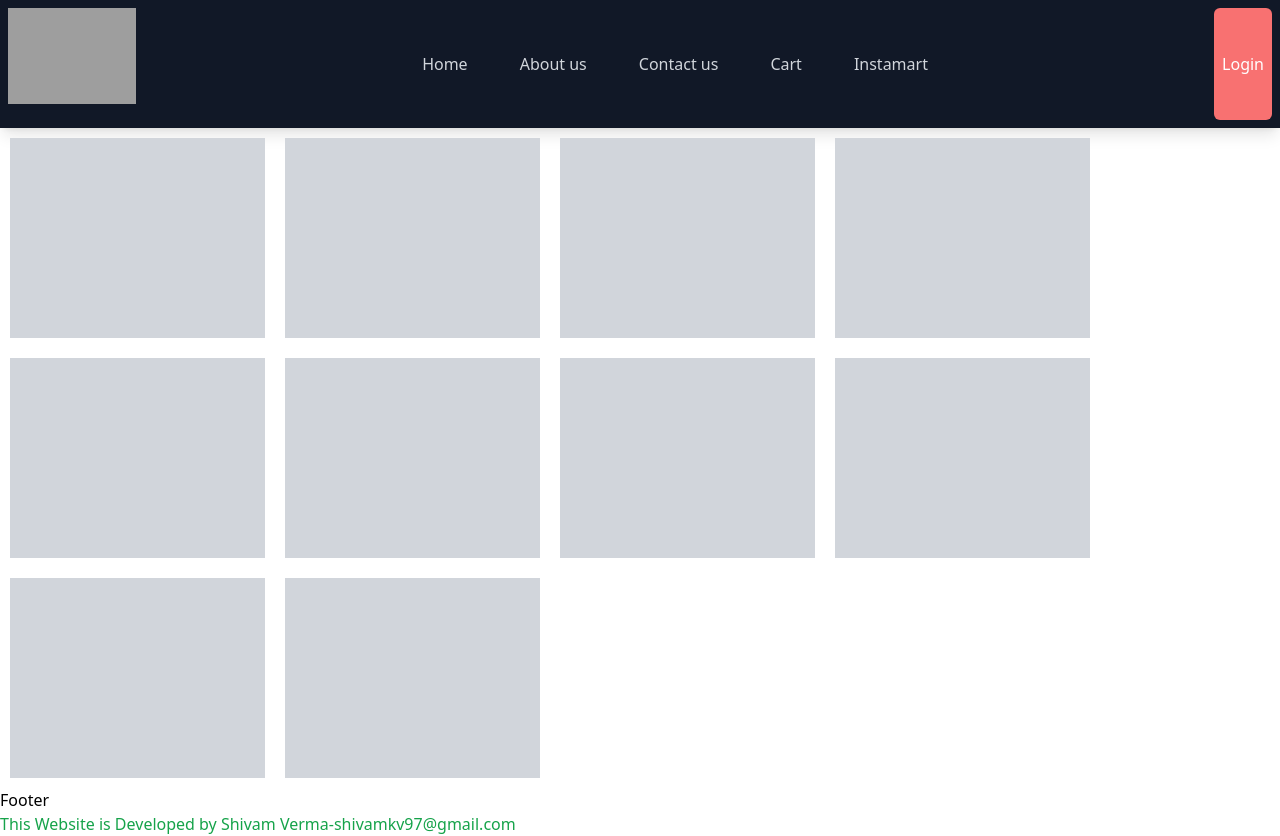
Repository: shivamv97/FOOD-VILLA-APP
Page: /
These files come from the project's save history. The page is drawn as it stood at one moment and after the next save; the edit follows.
The browser window is 1280 px wide. The pictures show the whole page.
Pictures or frames that could not be fetched are drawn as grey boxes. The page's requests for data from a server got no answer. The project was rebuilt for these pictures with package versions that can differ from the ones it lists, and the page was loaded fresh each time. No one was signed in, and anything a server would have sent is missing. Also part of the build but not shown: src/components/RestaurantCards.js, src/components/Profile.js, src/components/ProfileClass.js, src/components/About.js, src/components/Error.js, src/components/ContactUs.js, src/utils/useRestaurant.js, src/components/RestaurantMenu.js.

Above is the page before, as saved 2024-09-30 01:14:35.

### index.html
<!DOCTYPE html>
<html lang="en" class="m-0 p-0">
  <head>
    <meta charset="UTF-8" />
    <meta name="viewport" content="width=device-width, initial-scale=1.0" />
    <title>Learning REACT</title>
    <link rel="stylesheet" href="style.css" />
    <!-- <script src="https://cdn.tailwindcss.com"></script> -->
  </head>
  <body>
    <div id="root">Not Rendered</div>
    <!-- <script
      crossorigin
      src="https://unpkg.com/react@18/umd/react.development.js"
    ></script>
    <script
      crossorigin
      src="https://unpkg.com/react-dom@18/umd/react-dom.development.js"
    ></script> -->
    <script type="module" src="src/App.js"></script>
  </body>
</html>

### src/App.js
import React, { lazy, Suspense, useState } from "react";
import ReactDOM from "react-dom/client";
import HeaderComponent from "./components/Title";
import Body from "./components/Body";
import Footer from "./components/Footer";
import About from "./components/About";
import Error from "./components/Error";
import Contact from "./components/ContactUs";
import RestaurantMenu from "./components/RestaurantMenu";
import Profile from "./components/Profile";
import { createBrowserRouter, RouterProvider, Outlet } from "react-router-dom";
import Shimmer from "./components/Shimmer";
import UserContext from "./utils/UserContext";

// import Instamart from "./components/Instamart";

const Instamart = lazy(() => import("./components/Instamart")); //Lazy Loading
//Return Promise

const AppLayout = () => {
  const [user, SetUser] = useState({
    name: "Shivam Verma",
    email: "shivamkv97@gmail.com",
  });
  return (
    <>
      <UserContext.Provider
        value={{
          user: user, //overrides the default value of user
          SetUser: SetUser,
        }}
      >
        <HeaderComponent />
        <Outlet />
        <Footer />
      </UserContext.Provider>
    </>
  );
};

const appRouter = createBrowserRouter([
  {
    path: "/",
    element: <AppLayout />,
    errorElement: <Error />,
    children: [
      //Nested Routing
      {
        path: "/",
        element: <Body />,
      },
      {
        path: "/About", //parentPath/{path} => localhost:1234/about/profile
        element: <About />,
        children: [
          {
            path: "profile", //parentPath/{path} => localhost:1234/about/profile
            element: <Profile />,
          },
        ],
      },
      {
        path: "/Contact",
        element: <Contact />,
      },
      {
        path: "/Restaurant/:restaurantId", //Dynamic Routing
        element: <RestaurantMenu />,
      },
      {
        path: "/Instamart",
        element: (
          <Suspense fallback={<Shimmer />}>
            <Instamart />
          </Suspense>
        ),
      },
    ],
  },
]);

const root = ReactDOM.createRoot(document.getElementById("root"));

root.render(<RouterProvider router={appRouter} />);
//root will render according to the AppRouter

### src/components/Title.js
import { useState, useContext } from "react";
import { Link } from "react-router-dom";
import UserContext from "../utils/UserContext";
import useOnline from "../utils/useOnline";

const LoggedInUser = () => {
  //API used for authentication
  return true;
};

const Title = () => (
  <a href="/ ">
    <img
      className="h-28 p-2"
      alt="logo"
      src="https://encrypted-tbn0.gstatic.com/images?q=tbn:ANd9GcTJtFXKFKFoihdrJEvX4jBtXqfcO2kJ0KAlIg&s"
    />
  </a>
);

const HeaderComponent = () => {
  const [isLoggedIn, setisLoggedIn] = useState(false);

  const isOnline = useOnline();

  const { user } = useContext(UserContext);
  return (
    <div className="flex justify-between bg-gray-900 shadow-lg">
      <Title />
      <div className="nav-items">
        <ul className="flex py-10 gap-9 px-2">
          <li className="rounded-md py-3 px-2 font-medium text-gray-300 hover:bg-gray-500 hover:text-white">
            <Link to="/">Home </Link>
          </li>
          <li className="rounded-md py-3 px-2 font-medium text-gray-300 hover:bg-gray-500 hover:text-white">
            <Link to="/About">About us</Link>
          </li>
          <li className="rounded-md py-3 px-2 font-medium text-gray-300 hover:bg-gray-500 hover:text-white">
            <Link to="/Contact">Contact us</Link>
          </li>
          <li className="rounded-md py-3 px-2 font-medium text-gray-300 hover:bg-gray-500 hover:text-white">
            <Link to="#">Cart</Link>
          </li>
          <li className="rounded-md py-3 px-2 font-medium text-gray-300 hover:bg-gray-500 hover:text-white">
            <Link to="/Instamart">Instamart</Link>
          </li>
        </ul>
      </div>
      {/* <h1 className="text-white">{isOnline ? "🟢" : "No"}</h1> */}
      {/* <h2 className="text-white">{user.name}</h2> */}
      {isLoggedIn ? (
        <button
          onClick={() => setisLoggedIn(false)}
          className="bg-red-400 text-white rounded-md m-2 p-2"
        >
          Logout
        </button>
      ) : (
        <button
          onClick={() => setisLoggedIn(true)}
          className="bg-red-400 text-white rounded-md m-2 p-2"
        >
          Login
        </button>
      )}
    </div>
  );
};

export default HeaderComponent;

### src/components/Body.js
import { restaurantlist, restaurant_data } from "../config";
import RestrauntCard from "./RestaurantCards";
import { useState, useEffect, useContext } from "react";
import Shimmer from "./Shimmer";
import { Link } from "react-router-dom";
import { filterdata } from "../utils/shares";
import useOnline from "../utils/useOnline";
import UserContext from "../utils/UserContext";

const Body = () => {
  // const searchTxt = "KFC"; //for reference...(IN JS)
  const [AllRestaurants, setAllRestaurants] = useState([]);
  const [FilteredRestaurants, setFilteredRestaurants] = useState([]); //restaurantlist
  const [searchText, setsearchText] = useState(""); //To create state variable.......(IN REACT)
  // console.log("render()");

  useEffect(() => {
    //API call
    GetRestaurants();
  }, []);

  const { user, SetUser } = useContext(UserContext);

  async function GetRestaurants() {
    const data = await fetch(restaurant_data);
    const json = await data.json();
    console.log(json);
    //you have to make change only in line 32,in cards[i],where i is keep changing in the above api link,try from 0-11
    //it's an config-driven UI,Hence,it's Grid Element position keeps on changing.......
    setAllRestaurants(
      json?.data?.cards[1]?.card?.card?.gridElements?.infoWithStyle?.restaurants
    );
    setFilteredRestaurants(
      json?.data?.cards[1]?.card?.card?.gridElements?.infoWithStyle?.restaurants
    );
  }
  const isOnline = useOnline();

  if (!isOnline) {
    return <h1>🚫Offline,please check your internet Connection!!</h1>; //early return
  }

  //Don't render component(Early Return)
  // if (!AllRestaurants) return null;
  // if (FilteredRestaurants?.length === 0) return <h1>No Restaurants Found!</h1>;

  //Conditional rendering
  return AllRestaurants?.length == 0 ? (
    <Shimmer />
  ) : (
    <>
      <div className="p-5 bg-green-50 my-5">
        <input
          type="text"
          className="search-input"
          placeholder="Search"
          value={searchText}
          onChange={(e) => {
            setsearchText(e.target.value);
          }}
        />
        <button
          className="p-2 m-2 bg-purple-600 text-white rounded-md hover:bg-green-400"
          onClick={() => {
            //filter the data according to need
            const data = filterdata(searchText, AllRestaurants);
            setFilteredRestaurants(data);
            //need to update the state-restauradnts
          }}
        >
          Search
        </button>
        <input
          value={user.name}
          onChange={(e) => {
            SetUser({
              ...user,
              name: e.target.value,
            });
          }}
        ></input>
        <input
          value={user.email}
          onChange={(e) => {
            SetUser({
              ...user,
              email: e.target.value,
            });
          }}
        ></input>
      </div>
      <div className="flex flex-wrap">
        {FilteredRestaurants.map((restaurant) => {
          return (
            <Link
              to={"/restaurant/" + restaurant.info.id}
              key={restaurant.info.id}
            >
              <RestrauntCard {...restaurant.info} />
            </Link>
          );
        })}
      </div>
    </>
  );
};

export default Body;

### src/components/Footer.js
import { useContext } from "react";
import UserContext from "../utils/UserContext";
const Footer = () => {
  const { user } = useContext(UserContext);
  return (
    <div>
      <h2>Footer</h2>
      <h3 className="text-green-600">
        This Website is Developed by {user.name}-{user.email}
      </h3>
    </div>
  );
};

export default Footer;

### src/components/Shimmer.js
const Shimmer = () => {
  return (
    <div className="flex flex-wrap">
      {Array(10)
        .fill("")
        .map((e, index) => (
          <div
            key={index}
            className="w-[255px] h-[200px] bg-gray-300 m-[10px] p-[10px]"
          ></div>
        ))}
    </div>
  );
};

export default Shimmer;

### src/utils/UserContext.js
import { createContext } from "react";

const UserContext = createContext({
  user: {
    name: "Dummy Name",
    email: "Dummy@gmail.com",
  },
});

UserContext.displayName = "UserContext";

export default UserContext;

### src/utils/useOnline.js
import { useEffect, useState } from "react";

const useOnline = () => {
  const [isOnline, setIsOnline] = useState(true);

  useEffect(() => {
    const handleonline = () => {
      setIsOnline(true);
    };
    const handleoffline = () => {
      setIsOnline(false);
    };
    window.addEventListener("online", handleonline); //junior+senior developer role
    window.addEventListener("offline", handleoffline);

    return () => {
      window.removeEventListener("online", handleonline); //senior developer role
      window.removeEventListener("offline", handleoffline);
    };
  }, []);

  return isOnline; //returns true or false
};

export default useOnline;

### src/config.js
//PUT MY all Hard Coded File Here
export const Img_cdn_url =
  "https://media-assets.swiggy.com/swiggy/image/upload/fl_lossy,f_auto,q_auto,h_600/";

export const restaurant_data =
  "https://www.swiggy.com/dapi/restaurants/list/v5?lat=12.960059122809971&lng=77.57337538383284&is-seo-homepage-enabled=true&page_type=DESKTOP_WEB_LISTING";

export const restaurantMenu_data_url =
  "https://www.swiggy.com/dapi/menu/pl?page-type=REGULAR_MENU&complete-menu=true&lat=12.960059122809971&lng=77.57337538383284&restaurantId=";

//Config Driven UI
export const restaurantlist = [
  //public API of Swiggy
  {
    "@type": "type.googleapis.com/swiggy.presentation.food.v2.Restaurant",
    info: {
      id: "8561",
      name: "Mughlai Junction",
      cloudinaryImageId: "tnl2yuuxi8zjbgru6iqj",
      locality: "Connaught Place",
      areaName: "Connaught Place",
      costForTwo: "₹600 for two",
      cuisines: ["Mughlai", "North Indian", "Tandoor"],
      avgRating: 4.3,
      parentId: "5354",
      avgRatingString: "4.3",
      totalRatingsString: "10K+",
      promoted: true,
      adTrackingId:
        "cid=15007607~p=0~adgrpid=15007607#ag1~mp=SWIGGY_IN~bl=FOOD~aet=RESTAURANT~aeid=8561~eid=321f01bc-98c6-405c-89d6-b18422bb8f70~srvts=1721229990431~collid=83639",
      sla: {
        deliveryTime: 37,
        lastMileTravel: 4.8,
        serviceability: "SERVICEABLE",
        slaString: "35-40 mins",
        lastMileTravelString: "4.8 km",
        iconType: "ICON_TYPE_EMPTY",
      },
      availability: {
        nextCloseTime: "2024-07-17 23:00:00",
        opened: true,
      },
      badges: {},
      isOpen: true,
      type: "F",
      badgesV2: {
        entityBadges: {
          textExtendedBadges: {},
          textBased: {},
          imageBased: {},
        },
      },
      aggregatedDiscountInfoV3: {
        header: "10% OFF",
        subHeader: "UPTO ₹35",
      },
      orderabilityCommunication: {
        title: {},
        subTitle: {},
        message: {},
        customIcon: {},
      },
      differentiatedUi: {
        displayType: "ADS_UI_DISPLAY_TYPE_ENUM_DEFAULT",
        differentiatedUiMediaDetails: {
          mediaType: "ADS_MEDIA_ENUM_IMAGE",
          lottie: {},
          video: {},
        },
      },
      reviewsSummary: {},
      displayType: "RESTAURANT_DISPLAY_TYPE_DEFAULT",
      restaurantOfferPresentationInfo: {},
      externalRatings: {
        aggregatedRating: {
          rating: "4.4",
          ratingCount: "1K+",
        },
        source: "GOOGLE",
        sourceIconImageId: "v1704440323/google_ratings/rating_google_tag",
      },
      ratingsDisplayPreference: "RATINGS_DISPLAY_PREFERENCE_SHOW_SWIGGY",
    },
    analytics: {},
    cta: {
      link: "swiggy://menu?restaurant_id=8561&source=collection&query=Biryani",
      text: "RESTAURANT_MENU",
      type: "DEEPLINK",
    },
    widgetId: "collectionV5RestaurantListWidget_SimRestoRelevance_food",
  },

  {
    "@type": "type.googleapis.com/swiggy.presentation.food.v2.Restaurant",
    info: {
      id: "817359",
      name: "Zahra Restaurant & Cafe",
      cloudinaryImageId: "asaqtuuszx7hzmxpnfpo",
      locality: "Old Delhi",
      areaName: "Old Delhi",
      costForTwo: "₹300 for two",
      cuisines: ["Indian", "Tandoor", "Kebabs", "Snacks", "Biryani"],
      avgRating: 4.3,
      parentId: "229129",
      avgRatingString: "4.3",
      totalRatingsString: "100+",
      sla: {
        deliveryTime: 29,
        lastMileTravel: 1.3,
        serviceability: "SERVICEABLE",
        slaString: "25-30 mins",
        lastMileTravelString: "1.3 km",
        iconType: "ICON_TYPE_EMPTY",
      },
      availability: {
        nextCloseTime: "2024-07-17 22:59:00",
        opened: true,
      },
      badges: {},
      isOpen: true,
      type: "F",
      badgesV2: {
        entityBadges: {
          textExtendedBadges: {},
          textBased: {},
          imageBased: {},
        },
      },
      aggregatedDiscountInfoV3: {
        header: "50% OFF",
        subHeader: "UPTO ₹100",
      },
      orderabilityCommunication: {
        title: {},
        subTitle: {},
        message: {},
        customIcon: {},
      },
      differentiatedUi: {
        displayType: "ADS_UI_DISPLAY_TYPE_ENUM_DEFAULT",
        differentiatedUiMediaDetails: {
          mediaType: "ADS_MEDIA_ENUM_IMAGE",
          lottie: {},
          video: {},
        },
      },
      reviewsSummary: {},
      displayType: "RESTAURANT_DISPLAY_TYPE_DEFAULT",
      restaurantOfferPresentationInfo: {},
      externalRatings: {
        aggregatedRating: {
          rating: "--",
        },
      },
      ratingsDisplayPreference: "RATINGS_DISPLAY_PREFERENCE_SHOW_SWIGGY",
    },
    analytics: {},
    cta: {
      link: "swiggy://menu?restaurant_id=817359&source=collection&query=Biryani",
      text: "RESTAURANT_MENU",
      type: "DEEPLINK",
    },
    widgetId: "collectionV5RestaurantListWidget_SimRestoRelevance_food",
  },

  {
    "@type": "type.googleapis.com/swiggy.presentation.food.v2.Restaurant",
    info: {
      id: "81523",
      name: "Amma Mess",
      cloudinaryImageId: "a09jpzja1zusso85bbmz",
      locality: "Karol Bagh",
      areaName: "Karol Bagh",
      costForTwo: "₹300 for two",
      cuisines: ["South Indian"],
      avgRating: 4.5,
      parentId: "15687",
      avgRatingString: "4.5",
      totalRatingsString: "10K+",
      promoted: true,
      adTrackingId:
        "cid=15010070~p=1~adgrpid=15010070#ag1~mp=SWIGGY_IN~bl=FOOD~aet=RESTAURANT~aeid=81523~eid=b2807d99-426d-4265-8bac-9448c8101a5f~srvts=1721229990431~collid=83639",
      sla: {
        deliveryTime: 37,
        lastMileTravel: 6.3,
        serviceability: "SERVICEABLE",
        slaString: "35-40 mins",
        lastMileTravelString: "6.3 km",
        iconType: "ICON_TYPE_EMPTY",
      },
      availability: {
        nextCloseTime: "2024-07-17 22:30:00",
        opened: true,
      },
      badges: {},
      isOpen: true,
      aggregatedDiscountInfoV2: {},
      type: "F",
      badgesV2: {
        entityBadges: {
          textBased: {},
          imageBased: {},
          textExtendedBadges: {},
        },
      },
      orderabilityCommunication: {
        title: {},
        subTitle: {},
        message: {},
        customIcon: {},
      },
      differentiatedUi: {
        displayType: "ADS_UI_DISPLAY_TYPE_ENUM_DEFAULT",
        differentiatedUiMediaDetails: {
          mediaType: "ADS_MEDIA_ENUM_IMAGE",
          lottie: {},
          video: {},
        },
      },
      reviewsSummary: {},
      displayType: "RESTAURANT_DISPLAY_TYPE_DEFAULT",
      restaurantOfferPresentationInfo: {},
      externalRatings: {
        aggregatedRating: {
          rating: "4.2",
          ratingCount: "1K+",
        },
        source: "GOOGLE",
        sourceIconImageId: "v1704440323/google_ratings/rating_google_tag",
      },
      ratingsDisplayPreference: "RATINGS_DISPLAY_PREFERENCE_SHOW_SWIGGY",
    },
    analytics: {},
    cta: {
      link: "swiggy://menu?restaurant_id=81523&source=collection&query=Biryani",
      text: "RESTAURANT_MENU",
      type: "DEEPLINK",
    },
    widgetId: "collectionV5RestaurantListWidget_SimRestoRelevance_food",
  },

  {
    "@type": "type.googleapis.com/swiggy.presentation.food.v2.Restaurant",
    info: {
      id: "144716",
      name: "Mughlai Invitation",
      cloudinaryImageId: "a4530760ed2ff35b487605618cc6dc45",
      areaName: "Chandni Chowk",
      costForTwo: "₹200 for two",
      cuisines: ["Indian", "Mughlai", "Biryani", "Sweets"],
      avgRating: 4.6,
      parentId: "141076",
      avgRatingString: "4.6",
      totalRatingsString: "100+",
      sla: {
        deliveryTime: 30,
        lastMileTravel: 1.5,
        serviceability: "SERVICEABLE",
        slaString: "30-35 mins",
        lastMileTravelString: "1.5 km",
        iconType: "ICON_TYPE_EMPTY",
      },
      availability: {
        nextCloseTime: "2024-07-17 22:59:00",
        opened: true,
      },
      badges: {},
      isOpen: true,
      aggregatedDiscountInfoV2: {},
      type: "F",
      badgesV2: {
        entityBadges: {
          textExtendedBadges: {},
          textBased: {},
          imageBased: {},
        },
      },
      orderabilityCommunication: {
        title: {},
        subTitle: {},
        message: {},
        customIcon: {},
      },
      differentiatedUi: {
        displayType: "ADS_UI_DISPLAY_TYPE_ENUM_DEFAULT",
        differentiatedUiMediaDetails: {
          mediaType: "ADS_MEDIA_ENUM_IMAGE",
          lottie: {},
          video: {},
        },
      },
      reviewsSummary: {},
      displayType: "RESTAURANT_DISPLAY_TYPE_DEFAULT",
      restaurantOfferPresentationInfo: {},
      externalRatings: {
        aggregatedRating: {
          rating: "4.8",
          ratingCount: "100+",
        },
        source: "GOOGLE",
        sourceIconImageId: "v1704440323/google_ratings/rating_google_tag",
      },
      ratingsDisplayPreference: "RATINGS_DISPLAY_PREFERENCE_SHOW_SWIGGY",
    },
    analytics: {},
    cta: {
      link: "swiggy://menu?restaurant_id=144716&source=collection&query=Biryani",
      text: "RESTAURANT_MENU",
      type: "DEEPLINK",
    },
    widgetId: "collectionV5RestaurantListWidget_SimRestoRelevance_food",
  },

  {
    "@type": "type.googleapis.com/swiggy.presentation.food.v2.Restaurant",
    info: {
      id: "64321",
      name: "Southern Masala",
      cloudinaryImageId: "14527e27a298304dd07904f777372cb5",
      locality: "Karol Bagh",
      areaName: "Karol Bagh",
      costForTwo: "₹350 for two",
      cuisines: ["Andhra", "Biryani", "South Indian", "Thalis"],
      avgRating: 3.9,
      parentId: "17286",
      avgRatingString: "3.9",
      totalRatingsString: "1K+",
      promoted: true,
      adTrackingId:
        "cid=15472783~p=2~adgrpid=15472783#ag1~mp=SWIGGY_IN~bl=FOOD~aet=RESTAURANT~aeid=64321~eid=785e1ed6-7474-46a2-ba9f-4a9325d5fabc~srvts=1721229990431~collid=83639",
      sla: {
        deliveryTime: 38,
        lastMileTravel: 5,
        serviceability: "SERVICEABLE",
        slaString: "35-40 mins",
        lastMileTravelString: "5.0 km",
        iconType: "ICON_TYPE_EMPTY",
      },
      availability: {
        nextCloseTime: "2024-07-17 22:00:00",
        opened: true,
      },
      badges: {},
      isOpen: true,
      type: "F",
      badgesV2: {
        entityBadges: {
          textBased: {},
          imageBased: {},
          textExtendedBadges: {},
        },
      },
      aggregatedDiscountInfoV3: {
        header: "₹125 OFF",
        subHeader: "ABOVE ₹199",
        discountTag: "FLAT DEAL",
      },
      orderabilityCommunication: {
        title: {},
        subTitle: {},
        message: {},
        customIcon: {},
      },
      differentiatedUi: {
        displayType: "ADS_UI_DISPLAY_TYPE_ENUM_DEFAULT",
        differentiatedUiMediaDetails: {
          mediaType: "ADS_MEDIA_ENUM_IMAGE",
          lottie: {},
          video: {},
        },
      },
      reviewsSummary: {},
      displayType: "RESTAURANT_DISPLAY_TYPE_DEFAULT",
      restaurantOfferPresentationInfo: {},
      externalRatings: {
        aggregatedRating: {
          rating: "4.1",
          ratingCount: "100+",
        },
        source: "GOOGLE",
        sourceIconImageId: "v1704440323/google_ratings/rating_google_tag",
      },
      ratingsDisplayPreference: "RATINGS_DISPLAY_PREFERENCE_SHOW_SWIGGY",
    },
    analytics: {},
    cta: {
      link: "swiggy://menu?restaurant_id=64321&source=collection&query=Biryani",
      text: "RESTAURANT_MENU",
      type: "DEEPLINK",
    },
    widgetId: "collectionV5RestaurantListWidget_SimRestoRelevance_food",
  },
];

### src/utils/shares.js
export function filterdata(searchText, restaurants) {
  return restaurants.filter((restaurant) =>
    restaurant.info.name.toLowerCase().includes(searchText.toLowerCase())
  );
}

Loaded but not shown: style.css (common file); tailwind.config.js (common file)

After the next save:
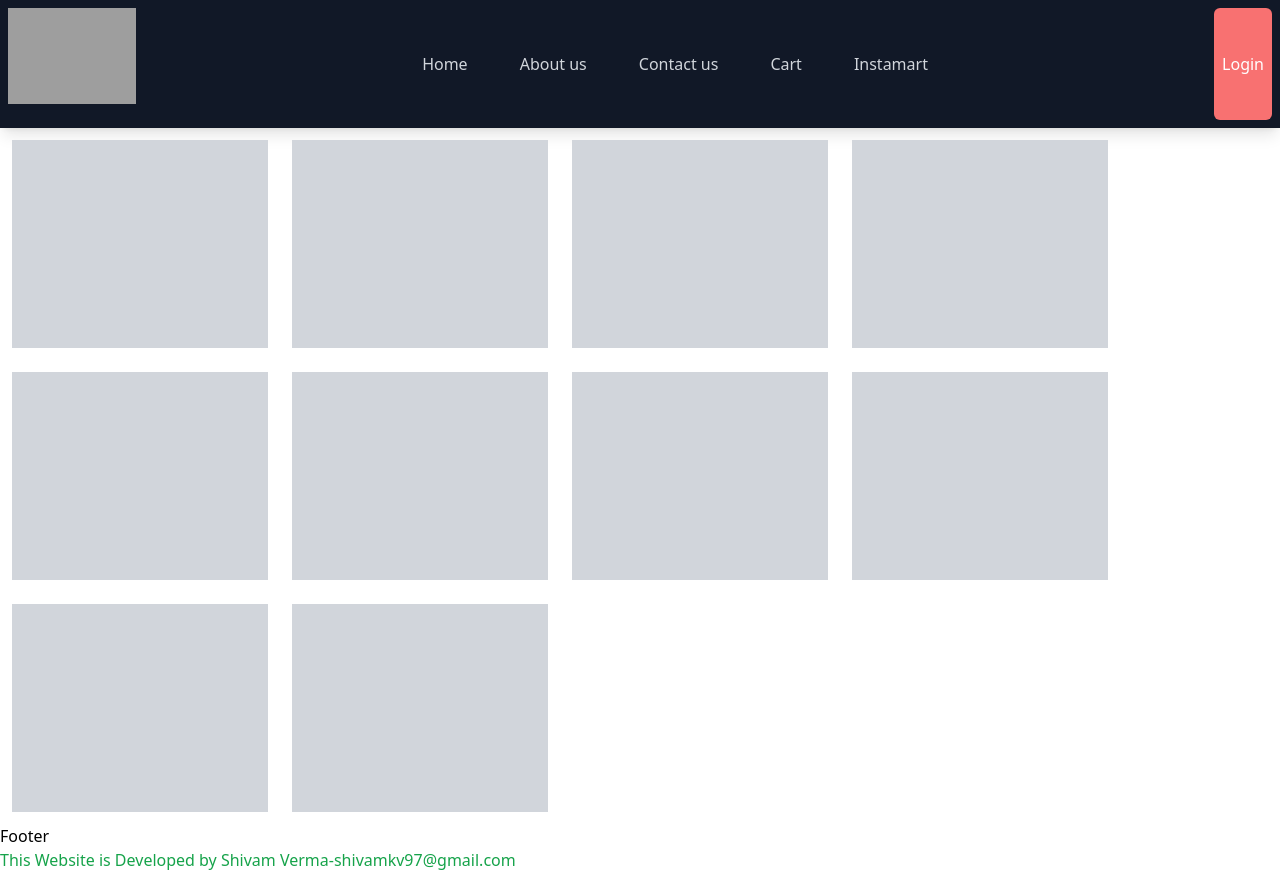
Saved 99 s later.
--- a/src/components/Shimmer.js
+++ b/src/components/Shimmer.js
@@ -4,10 +4,7 @@ const Shimmer = () => {
       {Array(10)
         .fill("")
         .map((e, index) => (
-          <div
-            key={index}
-            className="w-[255px] h-[200px] bg-gray-300 m-[10px] p-[10px]"
-          ></div>
+          <div key={index} className="w-64 h-52 bg-gray-300 m-3 p-3"></div>
         ))}
     </div>
   );
